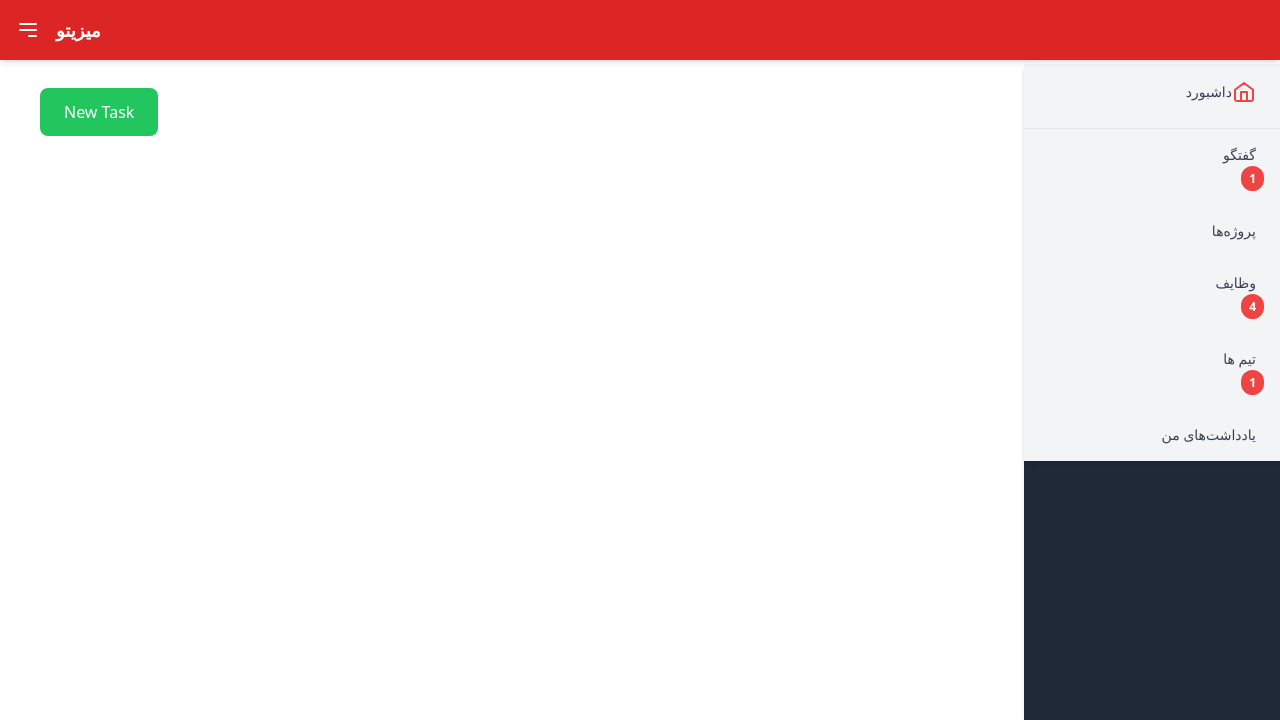
Repository: spnovaa/work-hive
Page: /tasks (app in front_end/)
The author's editor kept a copy of each file at every save. The page is drawn from the files as they stood at one save, then again after the next save.
The browser window is 1280 px wide. The pictures show the whole page.
The page's requests for data from a server got no answer. The project was rebuilt for these pictures with package versions that can differ from the ones it lists, and the page was loaded fresh each time. No one was signed in, and anything a server would have sent is missing. Also part of the build but not shown: front_end/src/api/auth.js, front_end/src/components/loadingSpinner.jsx, front_end/src/pages/login.jsx, front_end/src/pages/registration.jsx, front_end/src/components/profile/profileSettingsModal.jsx, front_end/src/components/profile/dropdown.jsx, front_end/src/components/profile/profileSection.jsx, front_end/src/pages/home.jsx and 10 more.

Above is the page before, as saved 2025-01-18 14:04:51.

### front_end/src/index.js
import React from 'react';
import ReactDOM from 'react-dom/client'; // Import from 'react-dom/client' for React 18+
import './styles/globals.css';
import App from './App';

// Create a root element for rendering the React application
const root = ReactDOM.createRoot(document.getElementById('root'));

// Use the new `render` method for React 18+
root.render(
  <React.StrictMode>
    <App />
  </React.StrictMode>
);

### front_end/src/App.jsx
import React, { useState } from 'react';
import { BrowserRouter as Router, Routes, Route } from 'react-router-dom';
import Login from './pages/login';
import Registration from './pages/registration';
import Home from './pages/home';
import ProjectsDashboard from './components/project/projectDashboard.jsx';
import ProjectDetails from './components/project/projectDetails.jsx';
import NewProject from './components/project/newProject.jsx';
import DashboardSidebar from './components/dashboardSidebar';
import TaskPage from './components/task/taskPage.jsx';
import TeamList from './components/team/teamList.jsx';
import TopBar from './components/topBar.jsx';

function App() {
  const [sidebarVisible, setSidebarVisible] = useState(true);

  const toggleSidebar = () => {
    setSidebarVisible((prev) => !prev);
  };

  return (
    <Router>
      <div className="flex flex-col h-screen">
        <div className="w-full bg-red-600 shadow-md fixed top-0 z-20">
          <TopBar toggleSidebar={toggleSidebar} />
        </div>

        <div className="flex flex-grow">
          {sidebarVisible && (
            <div className="w-64 bg-gray-800 fixed top-16 bottom-0 right-0 z-10 shadow-md">
              <DashboardSidebar />
            </div>
          )}
          <div
            className={`flex-grow ${
              sidebarVisible ? 'pr-64' : ''
            } pt-16 p-4 transition-all duration-300`}
          >
            <Routes>
              <Route path="/login" element={<Login />} />
              <Route path="/register" element={<Registration />} />
              <Route path="/" element={<Home />} />
              <Route path="/projects" element={<ProjectsDashboard />} />
              <Route path="/projects/new" element={<NewProject />} />
              <Route path="/projects/:projectId" element={<ProjectDetails />} />
              <Route path="/tasks" element={<TaskPage />} />
              <Route path="/teams" element={<TeamList />} />
            </Routes>
          </div>
        </div>
      </div>
    </Router>
  );
}

export default App;

### front_end/src/components/dashboardSidebar.jsx
import React from 'react';
import { useNavigate } from 'react-router-dom';

function SidebarItem({ icon, label, notificationCount, onClick }) {
    return (
        <div
            className="className=flex items-center justify-start flex-row-reverse p-4 cursor-pointer hover:bg-gray-100"
            onClick={onClick}
        >
            <div className="flex items-center">
                <span className="text-lg text-gray-700 mr-2">{icon}</span>
                <span className="text-gray-700 text-sm font-medium">{label}</span>
            </div>
            {notificationCount > 0 && (
                <span className="bg-red-500 text-white text-xs font-bold rounded-full px-2 py-1">
                    {notificationCount}
                </span>
            )}
        </div>
    );
}

function DashboardSidebar() {
    const navigate = useNavigate();

    const handleNavigation = (path) => {
        navigate(path);
    };

    return (
        <div className="w-64 bg-gray-100 text-white shadow-md p-0 rtl" dir="rtl" >
            <SidebarItem
                icon={
                    <svg
                        xmlns="http://www.w3.org/2000/svg"
                        className="h-6 w-6 text-red-500"
                        fill="none"
                        viewBox="0 0 24 24"
                        stroke="currentColor"
                    >
                        <path
                            strokeLinecap="round"
                            strokeLinejoin="round"
                            strokeWidth="2"
                            d="M3 9.75L12 3l9 6.75v9.75A2.25 2.25 0 0118.75 21H5.25A2.25 2.25 0 013 19.5V9.75z"
                        />
                        <path
                            strokeLinecap="round"
                            strokeLinejoin="round"
                            strokeWidth="2"
                            d="M9 21V12h6v9"
                        />
                    </svg>
                }
                label="داشبورد"
                onClick={() => handleNavigation('/')}
            />
            <hr className="w-full border-gray-200 mt-2" />
            <SidebarItem
                icon={<i className="fas fa-comments" />}
                label="گفتگو"
                notificationCount={1}
                onClick={() => handleNavigation('/conversations')}
            />
            <SidebarItem
                icon={<i className="fas fa-folder-open" />}
                label="پروژه‌ها"
                notificationCount={0}
                onClick={() => handleNavigation('/projects')}
            />
            <SidebarItem
                icon={<i className="fas fa-tasks" />}
                label="وظایف"
                notificationCount={4}
                onClick={() => handleNavigation('/tasks')}
            />
            <SidebarItem
                icon={<i className="fas fa-envelope" />}
                label="تیم ها"
                notificationCount={1}
                onClick={() => handleNavigation('/teams')}
            />
            <SidebarItem
                icon={<i className="fas fa-sticky-note" />}
                label="یادداشت‌های من"
                notificationCount={0}
                onClick={() => handleNavigation('/notes')}
            />
        </div>
    );
}

export default DashboardSidebar;

### front_end/src/components/task/taskPage.jsx
import React, { useState, useEffect } from 'react';
import axiosInstance from '../../common/axiosInstance.js';
import TaskModal from './taskModal.jsx';

const TaskPage = () => {
  const [projects, setProjects] = useState([]);
  const [tasks, setTasks] = useState([]);
  const [modalOpen, setModalOpen] = useState(false);
  const [selectedTask, setSelectedTask] = useState(null);

  useEffect(() => {
    const fetchProjectsAndTasks = async () => {
      try {
        const projectResponse = await axiosInstance.get('https://work-hive.liara.run/api/projects');
        const projectsData = projectResponse.data.projects;
        setProjects(projectsData);

        const allTasks = [];
        for (const project of projectsData) {
          const taskResponse = await axiosInstance.get('https://work-hive.liara.run/api/tasks', {
            params: { projectId: project.id },
          });
          allTasks.push(...taskResponse.data.tasks);
        }

        setTasks(allTasks);
      } catch (error) {
        console.error('Error fetching projects or tasks:', error);
      }
    };

    fetchProjectsAndTasks();
  }, []);

  const handleOpenModal = (task = null) => {
    setSelectedTask(task);
    setModalOpen(true);
  };

  const handleCloseModal = () => {
    setModalOpen(false);
    setSelectedTask(null);
  };

  return (
    <div className="container mx-auto p-6">
      <button
        onClick={() => handleOpenModal()}
        className="bg-green-500 text-white px-6 py-3 rounded-lg hover:bg-green-600 mb-6"
      >
        New Task
      </button>
      <div className="space-y-4">
        {tasks.map((task) => (
          <div
            key={task.id}
            className="flex items-center justify-between p-4 border rounded-lg shadow-md bg-white cursor-pointer"
            onClick={() => handleOpenModal(task)}
          >
            <div>
              <h3 className="text-lg font-bold">{task.title}</h3>
              <p className="text-sm text-gray-500">{task.description}</p>
              <p className="text-sm">
                <span className="font-semibold">Progress:</span> {task.progress}%
              </p>
              <p className="text-sm">
                <span className="font-semibold">Due Date:</span>{" "}
                {new Date(task.dueDate).toLocaleDateString()}
              </p>
              <p className="text-sm">
                <span className="font-semibold">Priority:</span> {task.priority}
              </p>
            </div>
            <div className="flex items-center">
              <img
                src={task.project.img}
                alt={task.project.name}
                className="w-16 h-16 rounded-md mr-4"
              />
              <div>
                <p className="text-sm font-semibold">{task.project.name}</p>
                <p className="text-sm text-gray-500">
                  Team: {task.project.team.team_name}
                </p>
                <p className="text-sm text-gray-500">
                  Lead: {task.project.team.team_lead}
                </p>
              </div>
            </div>
          </div>
        ))}
      </div>


      <TaskModal
        show={modalOpen}
        onClose={handleCloseModal}
        projects={projects}
        task={selectedTask}
        refreshTasks={() => window.location.reload()}
      />
    </div>
  );
};

export default TaskPage;

### front_end/src/components/topBar.jsx
import React from 'react';

function TopBar({ toggleSidebar }) {
  return (
    <div className="flex items-center justify-between p-4">
      <div className="flex items-center">
        <button
          onClick={toggleSidebar}
          className="mr-4 cursor-pointer text-white"
        >
          <svg
            xmlns="http://www.w3.org/2000/svg"
            className="h-6 w-6"
            fill="none"
            viewBox="0 0 24 24"
            stroke="currentColor"
          >
            <path
              strokeLinecap="round"
              strokeLinejoin="round"
              strokeWidth="2"
              d="M4 6h16M4 12h16m-7 6h7"
            />
          </svg>
        </button>
        <div className="text-white text-lg font-bold">میزیتو</div>
      </div>
    </div>
  );
}

export default TopBar;

### front_end/src/common/axiosInstance.js
import axios from 'axios';
import Cookies from 'js-cookie';

const axiosInstance = axios.create({
    baseURL: 'https://work-hive.liara.run',
    headers: {
        'Content-Type': 'application/json',
    },
});

axiosInstance.interceptors.request.use((config) => {
    const token = Cookies.get('bearer');
    console.log('Token:', token);
    if (token) {
        config.headers.Authorization = `Bearer ${token}`;
    }
    return config;
}, (error) => {
    return Promise.reject(error);
});

export default axiosInstance;

Loaded but not shown: front_end/public/index.html (common file); front_end/src/styles/globals.css (common file); front_end/tailwind.config.js (common file)

After the next save:
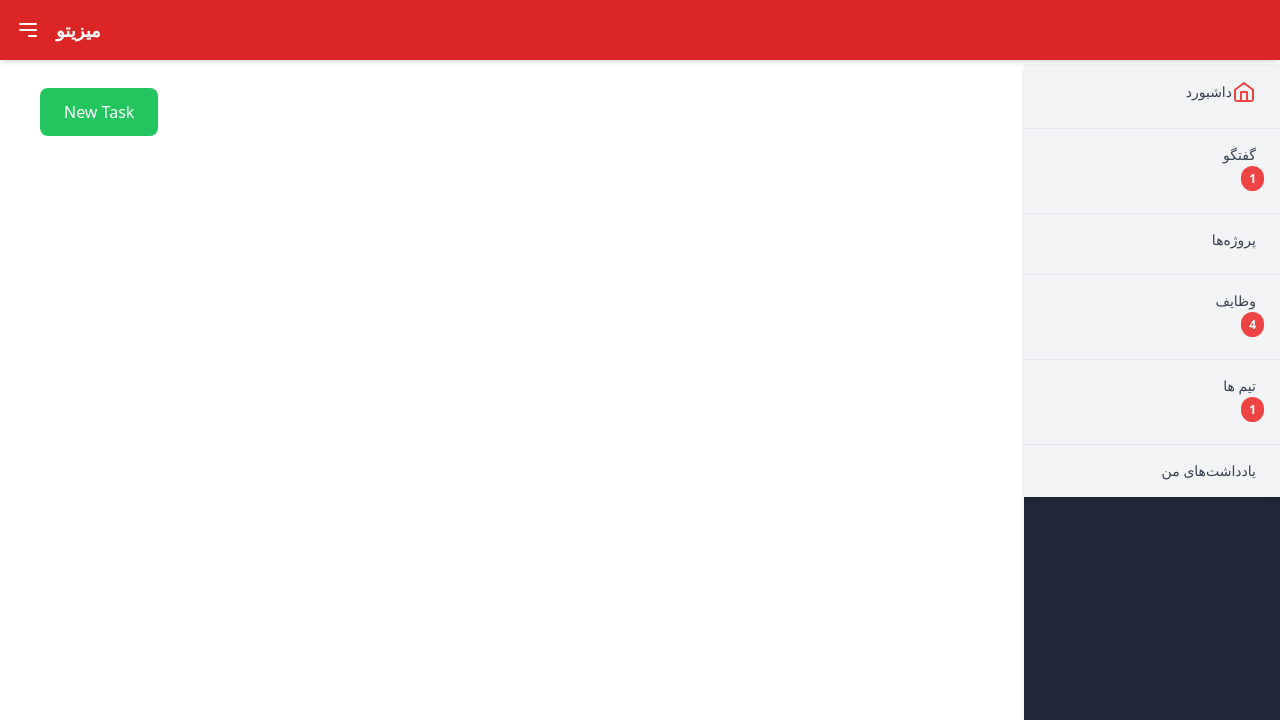
Saved 30 s later.
--- a/front_end/src/components/dashboardSidebar.jsx
+++ b/front_end/src/components/dashboardSidebar.jsx
@@ -62,24 +62,28 @@ function DashboardSidebar() {
                 notificationCount={1}
                 onClick={() => handleNavigation('/conversations')}
             />
+              <hr className="w-full border-gray-200 mt-2" />
             <SidebarItem
                 icon={<i className="fas fa-folder-open" />}
                 label="پروژه‌ها"
                 notificationCount={0}
                 onClick={() => handleNavigation('/projects')}
             />
+              <hr className="w-full border-gray-200 mt-2" />
             <SidebarItem
                 icon={<i className="fas fa-tasks" />}
                 label="وظایف"
                 notificationCount={4}
                 onClick={() => handleNavigation('/tasks')}
             />
+              <hr className="w-full border-gray-200 mt-2" />
             <SidebarItem
                 icon={<i className="fas fa-envelope" />}
                 label="تیم ها"
                 notificationCount={1}
                 onClick={() => handleNavigation('/teams')}
             />
+              <hr className="w-full border-gray-200 mt-2" />
             <SidebarItem
                 icon={<i className="fas fa-sticky-note" />}
                 label="یادداشت‌های من"
